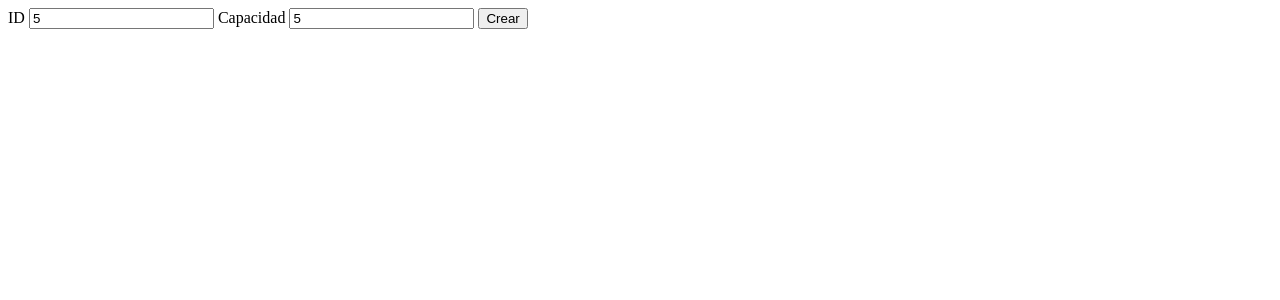
Repository: Robin-Rivadeneira/prueva_pablo
Page: index.html
The author's editor kept a copy of each file at every save. The page is drawn from the files as they stood at one save, then again after the next save.
The browser window is 1280 px wide. The pictures show the whole page.
Empty fields were first filled with sample values (such as "Sample", 5 or name@example.com).
After loading, the first visible `button` was clicked once.

Above is the page before, as saved 2020-01-16 09:11:35.
Console error: TypeError: Motobomba.prender is not a function

### index.html
<!DOCTYPE html>
<html lang="en">
<head>
    <meta charset="UTF-8">
    <meta name="viewport" content="width=device-width, initial-scale=1.0">
    <meta http-equiv="X-UA-Compatible" content="ie=edge">
    <title> Motobombas</title>
</head>
<body>
    <div>
        <label>ID</label>
        <input type="number" id="id">
        <label>Capacidad</label>
        <input type="number" id="capacidad" >
        <button type="button" onclick="moto.guardar()">Crear</button>
    </div>
    <br>
    <div id="img">

    </div>
    <br>
    <div id="estado">

    </div>
    <br>
    <div id="pintar">
    </div>
</body>
<script src="/js/Motobomba.js"></script>
<script src="/js/Bombero.js"></script>
</html>

### js/Motobomba.js
class Motobomba {
    constructor(id, capacidad, estado = false) {
        this.id = id;
        this.capacidad = capacidad;
        this.estado = estado;
    }
    prender() {
        this.estado = true;
    }
    apagar() {
        this.estado = false;
    }
    getEstado() {
        return this.estado;
    }
    toString() {

        if (this.estado == true) {
            document.getElementById('estado').innerHTML='<img src="img/verde.jpg" windth="130px" height="100px">'
            var parrafo=document.createElement('p')
            parrafo.innerHTML = 'esta prendido'
            document.body.appendChild(parrafo)

        }

        if (this.estado == false) {
            document.getElementById('estado').innerHTML='<img src="img/rojo.jpg" windth="130px" height="100px">'
            var parrafo=document.createElement('p')
            parrafo.innerHTML = 'esta apagado'
            document.body.appendChild(parrafo)
        }
    }
    guardar(){
        Motobomba.prender()
        var recu= document.getElementById('id').value;
        var recu1=document.getElementById('capacidad').value;
        this.id=recu
        this.capacidad=recu1
        console.log(this.id)
        console.log(this.capacidad)
        document.getElementById('img').innerHTML='<img src="img/camion.jpg" windth="130px" height="100px">'
        document.getElementById('pintar').innerHTML='<button type="button" id="estado" onclick="moto.toString()">Pintar</button>'
    }
}

let moto = new Motobomba()

### js/Bombero.js
class Bombero{
    constructor(nombre){
        this.nombre=nombre;
    }
    addHabilidad(){
        let habilidades=[];
        habilidades.push(this.nombre)
    }
}

After the next save:
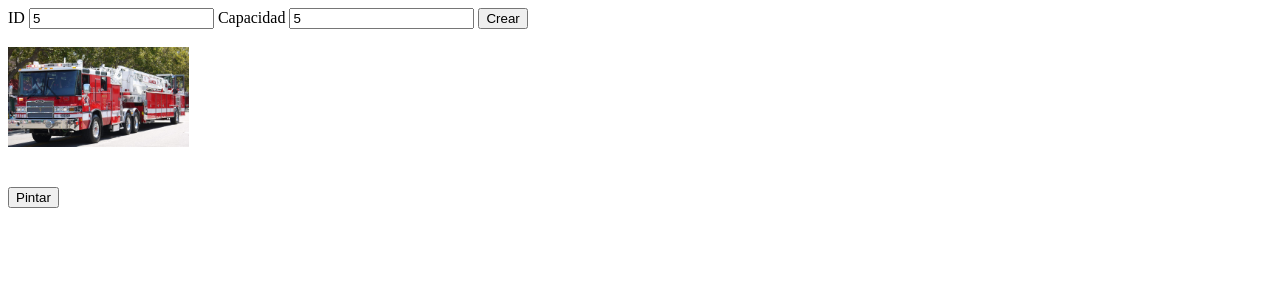
The error is gone.
Saved 17 s later.
--- a/js/Motobomba.js
+++ b/js/Motobomba.js
@@ -31,7 +31,7 @@ class Motobomba {
         }
     }
     guardar(){
-        Motobomba.prender()
+
         var recu= document.getElementById('id').value;
         var recu1=document.getElementById('capacidad').value;
         this.id=recu
